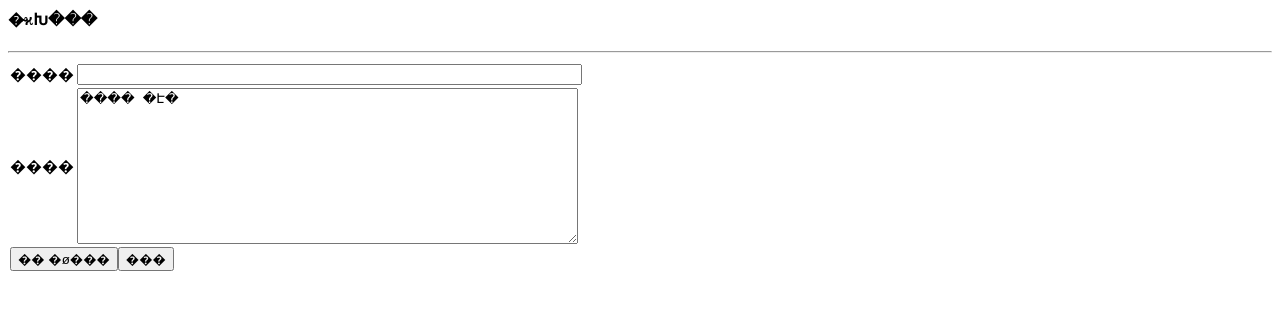
Repository: 2ujin/2018-PHP-afterschool
Page: http://localhost/CH06/ch06_05.php
These files come from the project's save history. The page is drawn as it stood at one moment and after the next save; the edit follows.
The browser window is 1280 px wide. The pictures show the whole page.
The page is run by PHP 8.4 with error messages shown; the project is at /var/www/html/.

Above is the page before, as saved 2018-07-31 01:15:29.

After the next save:
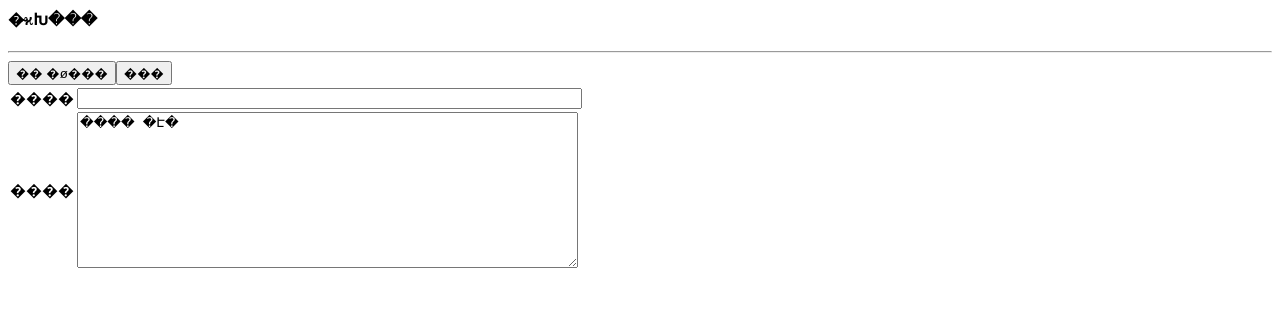
Saved 11 s later.
--- a/PHPStudy/CH06/ch06_05.php
+++ b/PHPStudy/CH06/ch06_05.php
@@ -3,7 +3,7 @@
 <table  width = "60" cellspacing="1" cellpaddding="4">
 <tr><td>제목</td><td><input type = text size = 60 id = title></input></td></tr>
 <tr><td valign = "middle">내용</td><td><textarea name = "content" cols = "60" rows = "10">내용 입력</textarea></td></tr>
-<tr><td colspan = "2" ><input type = "submit" value = "글 올리기" id = "submit"><input type="submit" value = "취소" id = "cancel"></td></tr>
+<tr><t align="center"><input type = "submit" value = "글 올리기" id = "submit"><input type="submit" value = "취소" id = "cancel"></td></tr>
 </table>
 </html>
 
